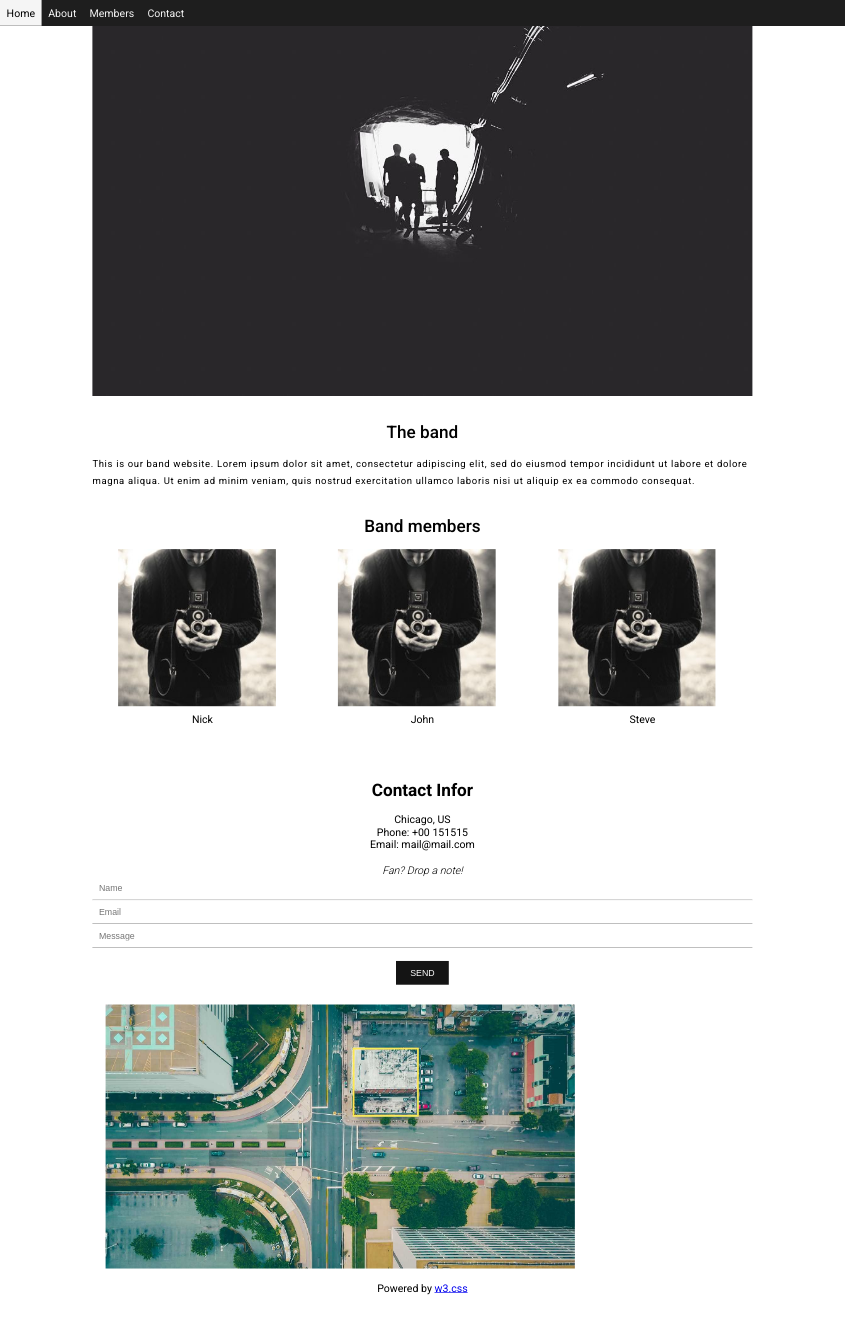
Repository: hieu-22/w3_band_UI
Page: index.html
An editor plug-in stored every save of this project. The page is shown before and after the next save, followed by the edit.
The browser window is 1280 px wide. The pictures show the whole page, at 66% of full size.

Above is the page before, as saved 2022-12-30 13:45:31.

### index.html
<!DOCTYPE html>
<html lang="en">
<head>
    <meta charset="UTF-8">
    <meta http-equiv="X-UA-Compatible" content="IE=edge">
    <meta name="viewport" content="width=device-width, initial-scale=1.0">
    <title>The band - by w3school</title>
    <script src="scr/main.js" defer></script>
    <link rel="stylesheet" href="assets/css/style.css">
    <link rel="preconnect" href="https://fonts.googleapis.com"><link rel="preconnect" href="https://fonts.gstatic.com" crossorigin><link href="https://fonts.googleapis.com/css2?family=Roboto:wght@100;300;400;500;700&display=swap" rel="stylesheet">
</head>
<body>
    <header class="header">
        <nav class="navigation-bar">
            <ul class="navigation-bar__list">
                <li class="navigation-bar__list-item">
                    Home
                </li>
                <li class="navigation-bar__list-item">
                    About
                </li>
                <li class="navigation-bar__list-item">
                    Members
                </li>
                <li class="navigation-bar__list-item">
                    Contact
                </li>
            </ul>
        </nav>
        <div class="banner"></div>
    </header>

    <main class="content">
        <div class="content__about">
            <h2 class="content__about-name">The band</h2>
            <p class="content__about-description"> This is our band website. Lorem ipsum dolor sit amet, consectetur adipiscing elit, sed do eiusmod tempor incididunt ut labore et dolore magna aliqua. Ut enim ad minim veniam, quis nostrud exercitation ullamco laboris nisi ut aliquip ex ea commodo consequat.
            </p>
        </div>
        <!-- end about -->

        <div class="content__members">
            <h2 class="content__members-header">Band members</h2>
            <div class="content__members-container">
                <div class="member">
                    <div class="member__img">
                        <img src="/assets/img/img_bandmember.jpg" alt="band member">
                    </div>
                    <p class="member__name">Nick</p>
                </div>
                <!-- member1 -->
                <div class="member">
                    <div class="member__img">
                        <img src="/assets/img/img_bandmember.jpg" alt="band member">
                    </div>
                    <p class="member__name">John</p>
                </div>
                <!-- member2 -->
                <div class="member">
                    <div class="member__img">
                        <img src="/assets/img/img_bandmember.jpg" alt="band member">
                    </div>
                    <p class="member__name">Steve</p>
                </div>
                <!-- member3 -->
            </div>
        </div>
        <!-- end members -->
        <div class="content__contact-infor">
            <h2 class="contact-infor__header">Contact Infor</h2>
            <address class="contact-infor__address">
                Chicago, US</br>
                Phone: +00 151515</br>
                Email: mail@mail.com
            </address>
            <div class="contact-infor__form">
                <h3 class="contact-infor__form-title">Fan? Drop a note!</h3>
            <form action="#">
                <input type="text" placeholder="Name" name="name">
                <input type="email" placeholder="Email">
                <input type="text" placeholder="Message">
                <button type="submit">SEND</button>
            </form>
            </div>
            <div class="contact-infor__banner"></div>
        </div>
    </main>

    <footer class="footer">
        <p>Powered by <a href="#">w3.css</a></p>
    </footer>
</body>
</html>

### scr/main.js
// change banner starts
const banner = document.querySelector('.banner')
let currentBanner = 'banner1'

function changeBanner() {
    if(currentBanner == 'banner1') {
        banner.classList.remove('banner-picture1')
        banner.classList.add('banner-picture2')
        currentBanner = 'banner2'
    } else if(currentBanner == 'banner2') {
        banner.classList.remove('banner-picture2')
        banner.classList.add('banner-picture3')
        currentBanner = 'banner3'
    } else {
        banner.classList.remove('banner-picture3')
        currentBanner = 'banner1'
    }
}

setInterval(changeBanner, 1500)
// change banner ends

### assets/css/style.css
* {
    box-sizing: border-box;
    padding: 0;
    margin: 0;

}

html {
    font-family: 'Roboto', sans-serif;
    font-size: 16px;
    max-width: 1000px;
    margin: auto;
}

.header {
    height: 600px;
}

.navigation-bar {
    position: fixed;
    top: 0;
    left: 0;
    z-index: 2;
    width: 100%;
    background-color: rgb(30, 30, 30);
}

.navigation-bar__list {
    display: flex;
    justify-content: flex-start;
    align-items: center;
    border-radius: 2px;
    list-style-type: none;
}

.navigation-bar__list-item {
    padding: 10px;
    color: whitesmoke;
}

.navigation-bar__list-item:hover {
    background-color: whitesmoke;
    color: black;
    cursor: pointer;
}

.banner {
    height: 100%;
    width: auto;
    background-size: cover;
    background-image: url('../img/img_la.jpg');
}

.banner-picture2 {
    background-image: url('../img/img_ny.jpg');
}
.banner-picture3 {
    background-image: url('../img/img_ch.jpg');
}

/* main content */
.content__about {
    margin-top: 20px;
}

.content__about-name {
    font-weight: 500;
    text-align: center;
    font-size: 26px;
    padding: 20px 0;
}

.content__about-description {
    letter-spacing: 1px;
    line-height: 26px;
    font-size: 0.9rem;
}
/* end about */

.content__members {
    height: 400px;
    margin-top: 20px;
}
.content__members-header {
    font-weight: 500;
    text-align: center;
    width: 100%;
    padding: 20px 0;
    font-size: 26px;
}
.content__members-container {
    display: flex;
    justify-content: space-around;
}

.member__img {
    height: 80%;
}

.member__img img {
    height: 100%;
}

.member__name {
    text-align: center;
    padding: 10px;
}
/* end member */

.content__contact-infor {
    margin-top: 20px;
}

.content__contact-infor .contact-infor__header {
    margin: 20px 0;
    text-align: center;
    font-size: 26px;
}

.content__contact-infor .contact-infor__address {
    margin: 20px 0;
    text-align: center;
    font-style: normal;
}
/* end contact address */

.content__contact-infor .contact-infor__form-title {
    font-style: italic;
    font-weight: 300;
    font-size: 16px;
    text-align: center;
}

input {
    width: 100%;
    padding: 10px;
    border: none;
    border-bottom: 1px solid rgb(158, 158, 158);
}

input:focus {
    border: 1px solid black;
}

button {
    position: relative;
    left: 50%;
    top: 20px;
    transform: translateX(-50%);

    width: 80px;
    height: 36px;
    border: none;

    background-color: rgb(20, 20, 20);
    color: white;

    cursor: pointer;
}

button:hover {
    background-color: rgb(196, 198, 199);
    color: black;
}
/* end contact form */

.contact-infor__banner {
    min-height: 400px;
    width: auto;
    margin: 50px 20px 0 20px;
    background-image: url(../img/map.jpg);
    background-size: contain;
    background-repeat: no-repeat;
}

.footer {
    margin: 20px 0 40px 0;
}

.footer p {
    text-align: center;
}

After the next save:
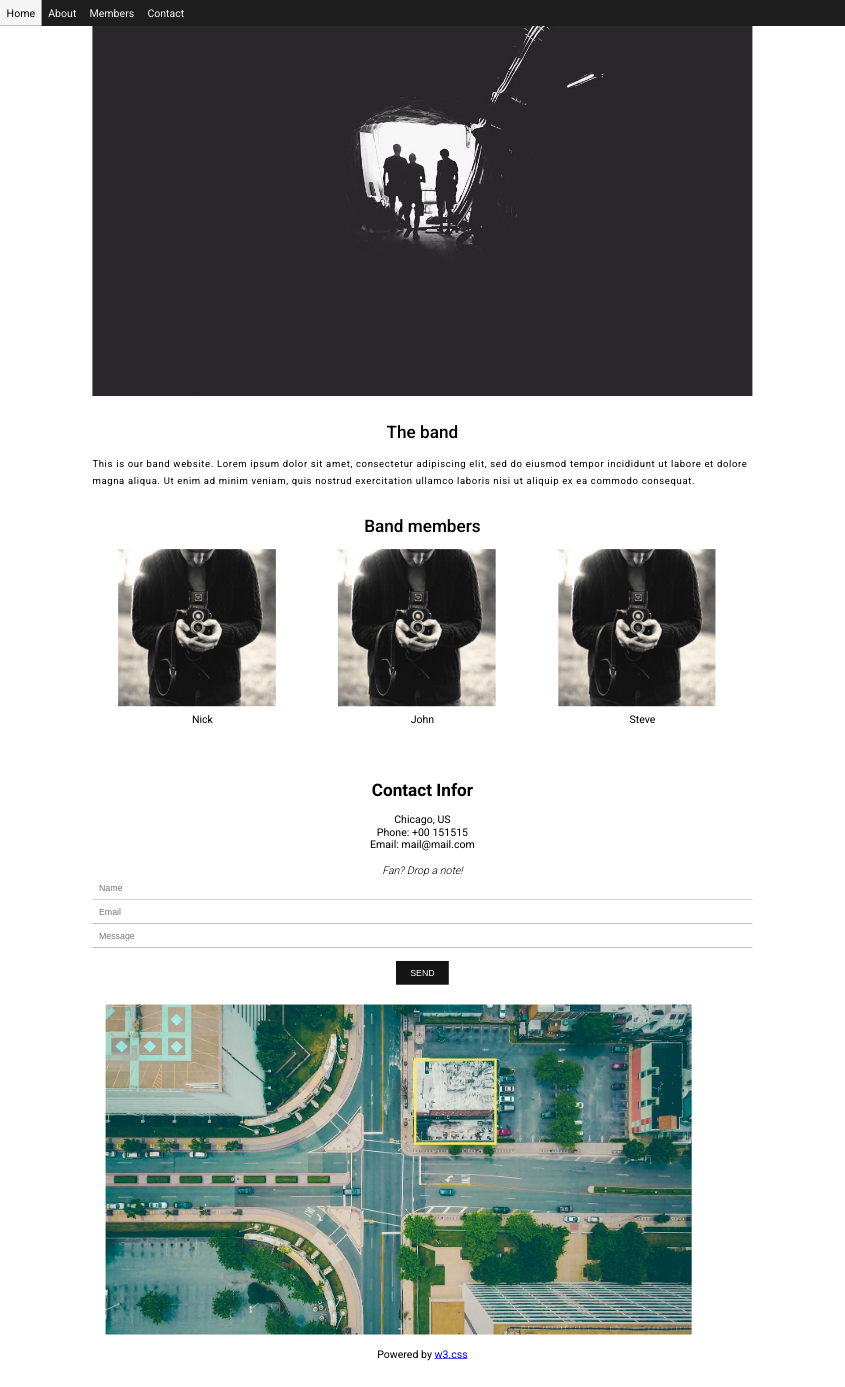
Saved 13 min 50 s later.
--- a/assets/css/style.css
+++ b/assets/css/style.css
@@ -165,7 +165,7 @@ button:hover {
 /* end contact form */
 
 .contact-infor__banner {
-    min-height: 400px;
+    height: 500px;
     width: auto;
     margin: 50px 20px 0 20px;
     background-image: url(../img/map.jpg);
@@ -180,3 +180,16 @@ button:hover {
 .footer p {
     text-align: center;
 }
+
+@media only screen and (600px < width < 1000px) {
+    .contact-infor__banner {
+        height: 400px;
+    }
+}
+
+@media only screen and (width <= 600px) {
+    .contact-infor__banner {
+        height: 310px;
+        background-size: cover;
+    }
+}
